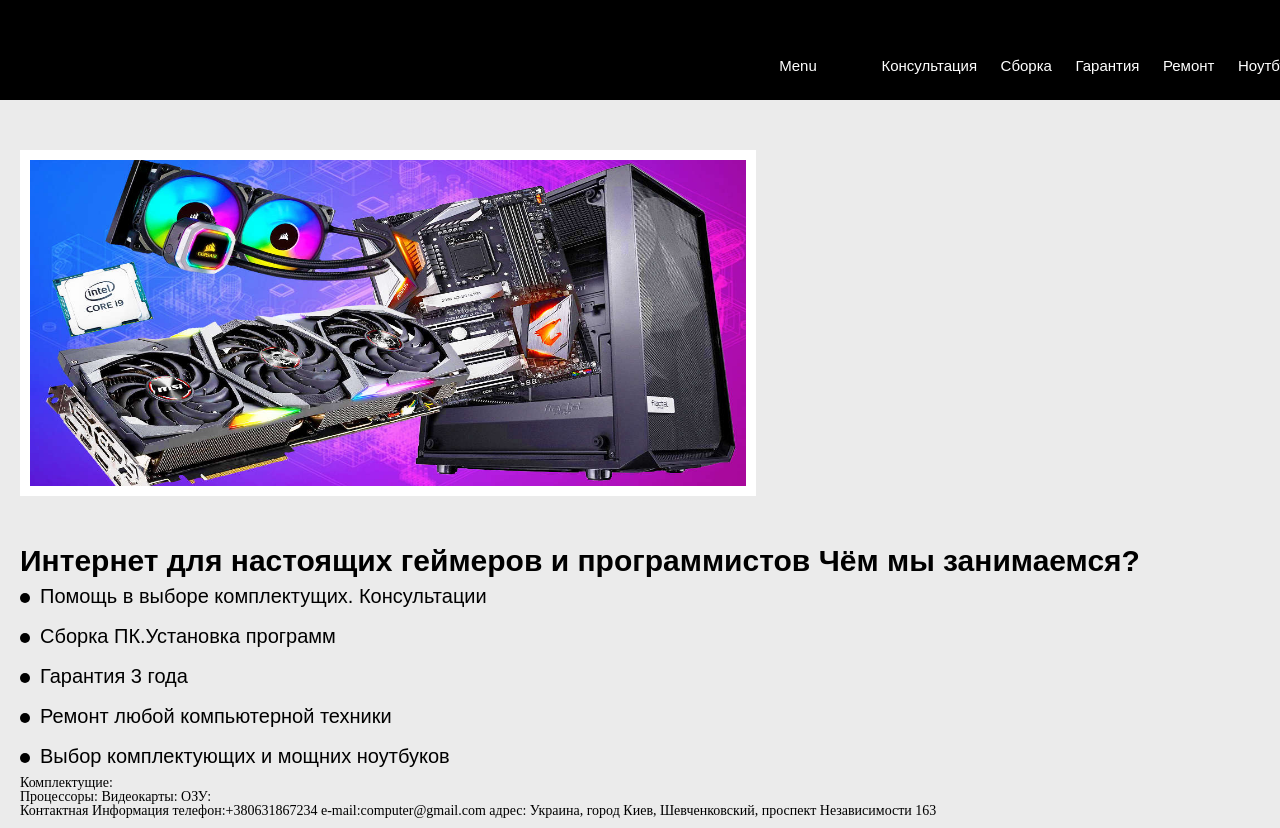
Repository: Bohdan-Sandovenko/First-Project-Flex
Page: index.html
These files come from the project's save history. The page is drawn as it stood at one moment and after the next save; the edit follows.
The browser window is 1280 px wide. The pictures show the whole page.
The style sheet was rebuilt from its Sass, Less or Tailwind sources for each picture, by a compiler version that may differ from the author's.

Above is the page before, as saved 2024-07-26 23:36:10.

After the next save:
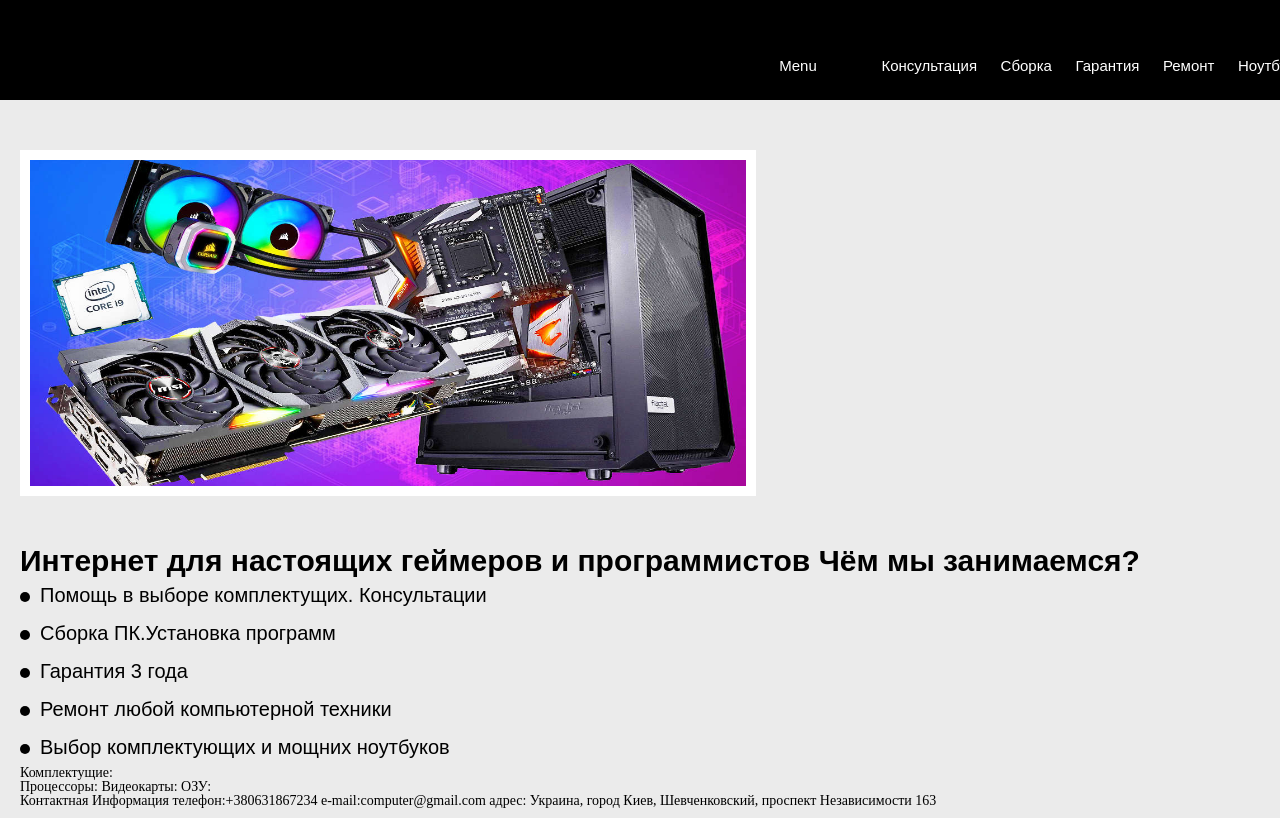
Saved 9 s later.
--- a/css/style.scss
+++ b/css/style.scss
@@ -78,7 +78,7 @@
         .content-top-list li {
             font-family: $font-family-top;
             font-size: 20px;
-            line-height: 2;
+            line-height: 1.9;
 
             &::before {
                 content: "";
